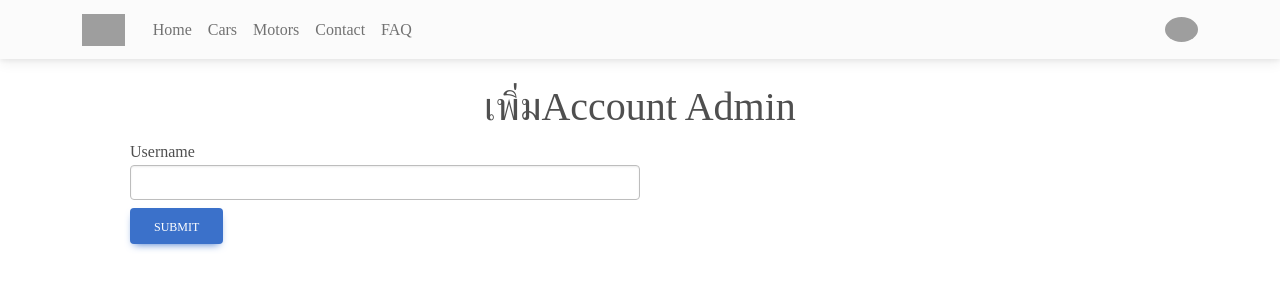
Repository: armychawakorn/Rent4U-Java
Page: http://localhost/miniproject/Admin/addusers.jsp
An editor plug-in stored every save of this project. The page is shown before and after the next save, followed by the edit.
The browser window is 1280 px wide. The pictures show the whole page.
Pictures or frames that could not be fetched are drawn as grey boxes. Some web fonts or font styles are not loaded; a fallback is used. Some web libraries are served in a nearby version. The page is served by Tomcat 9. Other server files are loaded and not shown.

Above is the page before, as saved 2023-10-28 19:48:32.

### miniproject/src/main/webapp/Admin/addusers.jsp
<%@page import="pkrent4u.schema.Users"%>
<%@page import="pkrent4u.dao.UsersDAO"%>
<%@page import="pkrent4u.schema.Rental"%>
<%@page import="pkrent4u.dao.RentalDAO"%>
<%@page import="pkrent4u.schema.Car"%>
<%@page import="pkrent4u.dao.CarDAO"%>
<%@ page language="java" contentType="text/html; charset=utf-8"
	pageEncoding="utf-8"%>
<%@ page import="java.util.ArrayList, pkrent4u.*"%>
<!DOCTYPE html>
<html>
<head>
<meta charset="utf-8">
<title>Add User</title>
<link rel="icon" type="image/x-icon"
	href="https://cdn.discordapp.com/attachments/965375341071847434/1160730098618601482/image.png?ex=6535b924&is=65234424&hm=02edc80e5cc1c9b7937bdbc00efe262fb24180a3850827d298d32e71ee6a8d8b&">
<link rel="stylesheet" href="../css/Animetion.css">
<link rel="stylesheet" href="../css/global.css">
<link rel="stylesheet" href="../css/Bootstrap.css">
</head>
<body>
	<%@ include file="../components/Nav.jsp"%>
	<div class="container dashboard-fade">
		<div class="pt-4 text-center">
			<h1>เพิ่มAccount Admin</h1>
		</div>
		<div class="w-50">
			<form action="../Backend/AddUser.jsp" method="POST" class="ps-5">
				<div class="form-group">
					<label for="Customer">Username</label> <input type="text"
						id="username" name="username" class="form-control">
				</div>
				<div class="pt-2">
					<button type="submit" class="btn btn-primary">Submit</button>
				</div>
			</form>
		</div>
	</div>
</body>
<script type="text/javascript"
	src="https://cdnjs.cloudflare.com/ajax/libs/mdb-ui-kit/6.4.2/mdb.min.js"></script>
</html>

### miniproject/src/main/webapp/components/Nav.jsp
<%@ page language="java" contentType="text/html; charset=utf-8"
	pageEncoding="utf-8"%>
<nav class="navbar navbar-expand-lg navbar-light bg-light">
	<div class="container">
		<button class="navbar-toggler" type="button"
			data-mdb-toggle="collapse" data-mdb-target="#navbarSupportedContent"
			aria-controls="navbarSupportedContent" aria-expanded="false"
			aria-label="Toggle navigation">
			<i class="fas fa-bars"></i>
		</button>
		<div class="collapse navbar-collapse" id="navbarSupportedContent">
			<a class="navbar-brand mt-2 mt-lg-0" href="/"> <img
				src="https://cdn.discordapp.com/attachments/965375341071847434/1160730098618601482/image.png"
				height="32" alt="Rent4U" loading="lazy" />
			</a>
			<ul class="navbar-nav me-auto mb-2 mb-lg-0">
				<li class="nav-item"><a class="nav-link" href="/miniproject/">Home</a></li>
				<li class="nav-item"><a class="nav-link" href="/miniproject/cars.jsp">Cars</a>
				</li>
				<li class="nav-item"><a class="nav-link" href="/miniproject/motors.jsp">Motors</a>
				</li>
				<li class="nav-item"><a class="nav-link" href="/miniproject/contact.jsp">Contact</a>
				</li>
				<li class="nav-item"><a class="nav-link" href="/miniproject/faq.jsp">FAQ</a>
				</li>
			</ul>
		</div>
		<div class="dropdown">
			<a class="dropdown-toggle d-flex align-items-center hidden-arrow"
				href="#" id="navbarDropdownMenuAvatar" role="button"
				data-mdb-toggle="dropdown" aria-expanded="false"> <img
				src="https://cdn-icons-png.flaticon.com/512/9703/9703596.png"
				class="rounded-circle" height="25"
				alt="Black and White Portrait of a Man" loading="lazy" />
			</a>
			<ul class="dropdown-menu dropdown-menu-end"
				aria-labelledby="navbarDropdownMenuAvatar">
				<%
				HttpSession ses = request.getSession();
				String username = (String) ses.getAttribute("username");
				%>
				<%
				if (username != null) {
				%>
				<li><a class="dropdown-item" href="/miniproject/Admin/dashboard.jsp">Rental Dashboard</a></li>
				<li><a class="dropdown-item" href="/miniproject/Admin/users.jsp">Add users</a></li>
				<li><a class="dropdown-item" href="/miniproject/Backend/logout.php">Logout</a></li>
				<%
				} else {
				%>
				<li><a class="dropdown-item" href="/miniproject/loginpage.jsp">Login</a></li>
				<%
				}
				%>
			</ul>
		</div>
	</div>
	</div>
</nav>

### miniproject/src/main/webapp/css/Animetion.css
.dashboard-fade {
    animation: dashboard-fade 1s ease-in-out;
    animation-fill-mode: forwards;
}
.col.mb-4{
    transform-origin: center top;
    transition-property: transform;
    transition-duration: 0.5s;
    transition-delay: 0s, 1s;
    transition-timing-function: ease-out;
}

.col.mb-4:hover{
    z-index: 1;
    transform: scale(1.1, 1.1);
}

@keyframes dashboard-fade {
    0% {
        transform-origin: top center;
        opacity: 0;
        scale: 0.9;
    }
    100% {
        transform-origin: top center;
        opacity: 1;
        scale: 1;
    }
}

@keyframes dashboard-fadeout{
    0% {
        transform-origin: top center;
        opacity: 1;
        scale: 1;
    }
    100% {
        transform-origin: top center;
        opacity: 0;
        scale: 0.9;
    }
}

### miniproject/src/main/webapp/css/global.css
@import url('https://fonts.googleapis.com/css2?family=Itim&display=swap');

*{
    font-family: 'Itim', cursive;
}

### miniproject/src/main/webapp/css/Bootstrap.css
@import "https://cdnjs.cloudflare.com/ajax/libs/font-awesome/6.0.0/css/all.min.css";
@import "https://fonts.googleapis.com/css?family=Roboto:300,400,500,700&display=swap";
@import "https://cdnjs.cloudflare.com/ajax/libs/mdb-ui-kit/6.4.2/mdb.min.css";

After the next save:
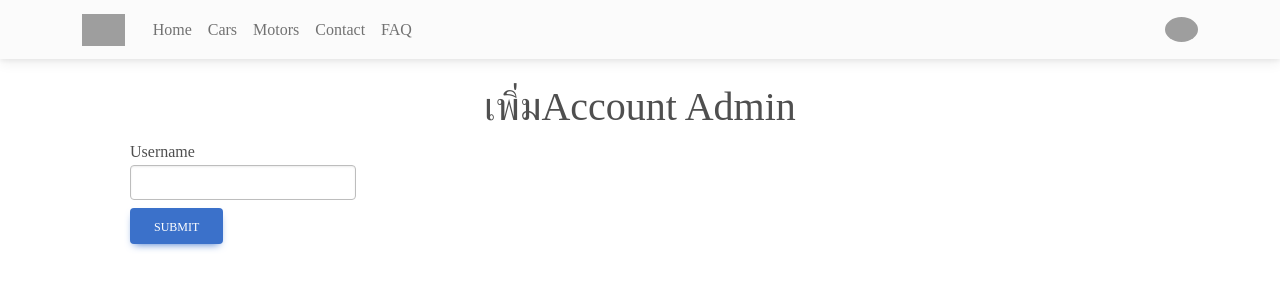
Saved 19 s later.
--- a/miniproject/src/main/webapp/Admin/addusers.jsp
+++ b/miniproject/src/main/webapp/Admin/addusers.jsp
@@ -24,7 +24,7 @@
 		<div class="pt-4 text-center">
 			<h1>เพิ่มAccount Admin</h1>
 		</div>
-		<div class="w-50">
+		<div class="d-flex">
 			<form action="../Backend/AddUser.jsp" method="POST" class="ps-5">
 				<div class="form-group">
 					<label for="Customer">Username</label> <input type="text"
